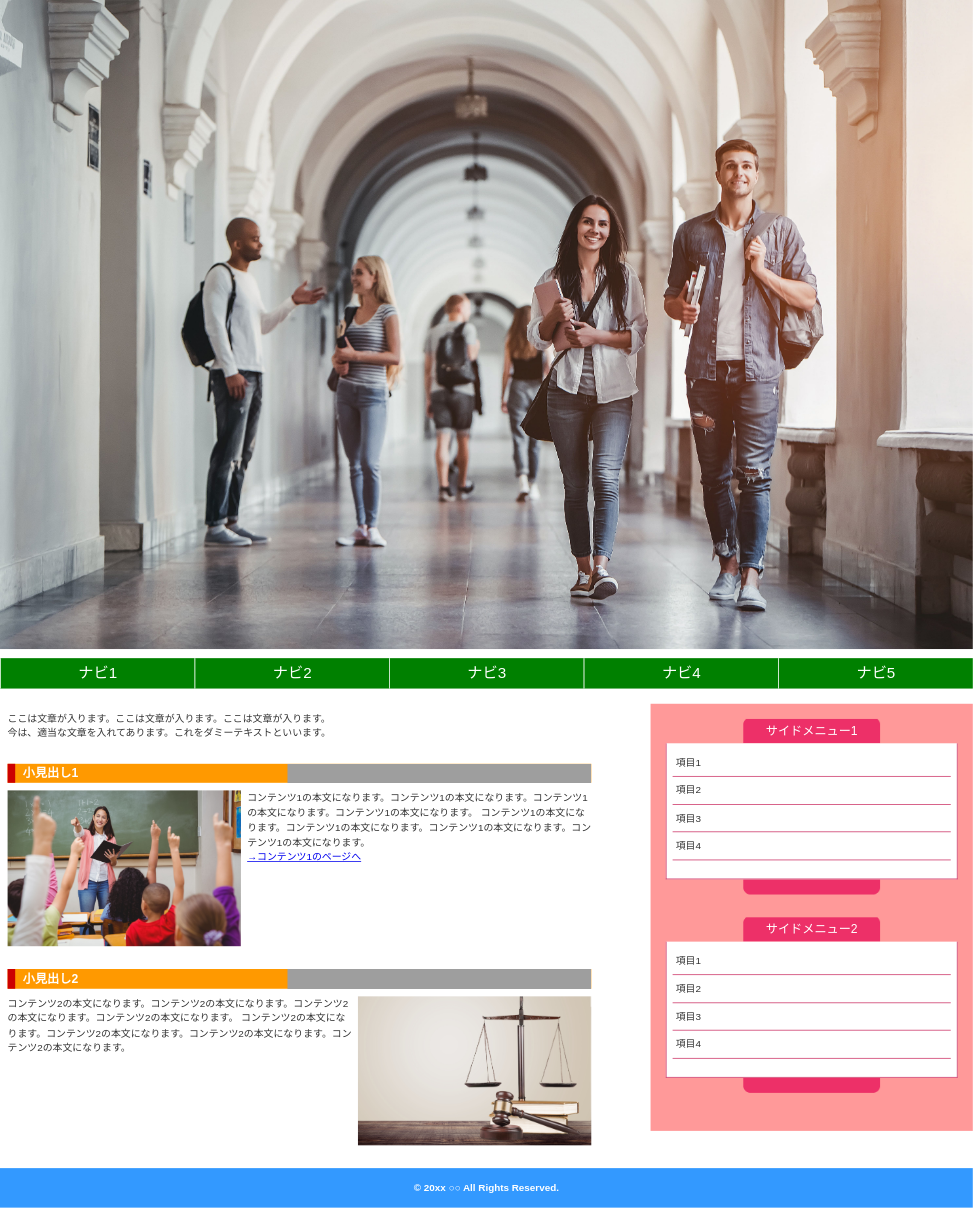
Repository: Na0Se/samurai_HTML-CSS
Page: home.html
The author's editor kept a record of every edit. The page is drawn from the files as they stood at one moment, then again after the next edit.
The browser window is 1280 px wide. The pictures show the whole page, at 76% of full size.
The pointer rests on the first visible `#side .box .boxBody ul li`.
Pictures or frames that could not be fetched are drawn as grey boxes.

Above is the page before.

### home.html
<!DOCTYPE html>
<html lang="ja">
    <head>
        <meta charset="UTF-8">
        <title>HTML/CSSの学習</title>
        <link rel="stylesheet" href="stylesheet.css">
    </head>
    <body>
        <div id="header">
            <h1><a href="index.html"><img id="corridor" src="images/corridor.jpg" alt="大学の廊下" /></a></h1>
        </div>
        <div id="wrapper">
            <div id="nav">
                <ul>
                    <li><a href="home.html">ナビ1</a></li>
                    <li><a href="#">ナビ2</a></li>
                    <li><a href="#">ナビ3</a></li>
                    <li><a href="#">ナビ4</a></li>
                    <li><a href="#">ナビ5</a></li>
                </ul>
            </div>
            <div id="container">
                <div id="main">
                    <div class="post">
                        <p>ここは文章が入ります。ここは文章が入ります。ここは文章が入ります。<br />今は、適当な文章を入れてあります。これをダミーテキストといいます。</p>
                    </div>
                    <div class="post clearfix">
                        <h2>小見出し1</h2>
                        <img class="left" src="images/classroom.jpg" alt="授業風景" />
                        <p>
                            コンテンツ1の本文になります。コンテンツ1の本文になります。コンテンツ1の本文になります。コンテンツ1の本文になります。
                            コンテンツ1の本文になります。コンテンツ1の本文になります。コンテンツ1の本文になります。コンテンツ1の本文になります。
                        </p>
                        <p><a href="#">→コンテンツ1のページへ</a></p>
                    </div>
                    <div class="post clearfix">
                        <h2>小見出し2</h2>
                        <img class="right" src="images/scale.jpg" alt="天秤" />
                        <p>
                            コンテンツ2の本文になります。コンテンツ2の本文になります。コンテンツ2の本文になります。コンテンツ2の本文になります。
                            コンテンツ2の本文になります。コンテンツ2の本文になります。コンテンツ2の本文になります。コンテンツ2の本文になります。
                        </p>
                    </div>
                </div>
                <div id="side">
                    <div class="box">
                        <h2>サイドメニュー1</h2>
                        <div class="boxBody">
                            <ul>
                                <li>項目1</li>
                                <li>項目2</li>
                                <li>項目3</li>
                                <li>項目4</li>
                            </ul>
                        </div>
                    </div>
                    <div class="box">
                        <h2>サイドメニュー2</h2>
                        <div class="boxBody">
                            <ul>
                                <li>項目1</li>
                                <li>項目2</li>
                                <li>項目3</li>
                                <li>項目4</li>
                            </ul>
                        </div>
                    </div>
                </div>
            </div>
        </div>
        <div id="footer">
            <p>&copy; 20xx ○○ All Rights Reserved.</p>
        </div>
    </body>
</html>

### stylesheet.css
@charset "utf-8";

body {
	margin: 0;
	padding: 0;
	font-family: "ヒラギノ角ゴ Pro W3", "Hiragino Kaku Gothic Pro", "メイリオ", Meiryo, Osaka, "ＭＳ Ｐゴシック", "MS PGothic", sans-serif;
	color: #333;
	font-size: 13px;
	line-height: 150%;
}

/* -------------------- wrapper -------------------- */
#wrapper {
    width: 100%;
    margin: auto;
    padding: 0px;
    border: 0px;
    background-color: #FFF;
    top: 10px;
    position: relative;
}

/* -------------------- header -------------------- */
#header {
	width: 100%;
}
#header h1 {
	margin: 0;
	padding: 0;
}

#corridor {
	width: 100%;
	height: auto;
}

/* -------------------- footer -------------------- */
#footer {
	clear: both;
	width: 100%;
	padding: 3px 0 3px 0;
	background: #39F;
	color: #FFF;
	font-weight: bold;
	text-align: center;
}

/* -------------------- nav -------------------- */
#nav {
	width: 100%;
}
#nav ul {
	margin: 0;
	padding: 0;
	list-style-type: none;
}
#nav ul li {
	float: left;
	width: 20%;
	text-align: center;
}
#nav ul li a {
	display: block;
	height: 20px;
	margin: 0;
	padding: 10px;
	color: #FFF;
	font-size: 20px;
	text-decoration: none;
	background-color: green;
    border-left: 1px solid white;
}

 #nav ul li a:hover {
	 filter: drop-shadow(10px 10px 10px black);
 }

/* -------------------- container -------------------- */
#container {
	width: 100%;
	margin: auto ;
	padding-top: 20px;
	clear: both;
}
/* -------------------- main -------------------- */
#main {
	float: left;
	width: 60%;
	padding: 10px 30px 10px 10px;
}
#main h2 {
	margin: 0 0 10px 0;
	padding: 3px 10px 3px 10px;
	color: #FFF;
	font-size: 16px;
	border-left: solid 10px #C00;
	background: #F90 url(../images/main_h2.jpg) right top repeat-y;
}
#main p {
	margin: 0;
	padding: 0;
}
#main .post {
	margin: 0 0 30px 0;
}

#main .post img.right {
	margin: 0 0 0 8px;
}
#main .post img.left {
	margin: 0 8px 0 0;
}

.right {
	float: right;
	width: 40%;
	height: auto;
}
.left {
	float: left;
	width: 40%;
	height: auto;
}

/* -------------------- clearfix -------------------- */
.clearfix {
	zoom: 1;
}
.clearfix:after{
	content: "";
	display: block;
	clear: both;
}

/* -------------------- side -------------------- */
#side {
	float: right;
	width: 30%;
	padding: 20px;
	background-color: #F99;
}
#side .box {
	margin: 0 auto 30px auto;
	padding: 0 0 20px 0;
	background: url(images/side_box.png) bottom no-repeat;
}
#side .box h2 {
	margin: 0;
	padding: 8px;
	text-align: center;
	color: #fff;
	font-size: 16px;
	line-height: 16px;
	font-weight: normal;
	background: url(images/side_box_h2.png) center no-repeat;
}
#side .box .boxBody {
	padding: 8px;
	border-right: solid 1px #C36;
	border-bottom: solid 1px #C36;
	border-left: solid 1px #C36;
	background: #fff;
}
#side .box .boxBody ul {
	margin: 0 0 16px 0;
	padding: 0;
}
#side .box .boxBody ul li {
	padding: 8px 0 8px 4px;
	list-style: none;
	border-bottom: solid 1px #C36;
}

 #side .box .boxBody ul li:hover {
+	 padding: 8px 0 8px 4px;
+	 list-style: none;
+	 border-bottom: solid 1px #C36;
+	 box-shadow: 0px 4px 4px rgba(0, 0, 0, 0.3);
+ }

After the next edit:
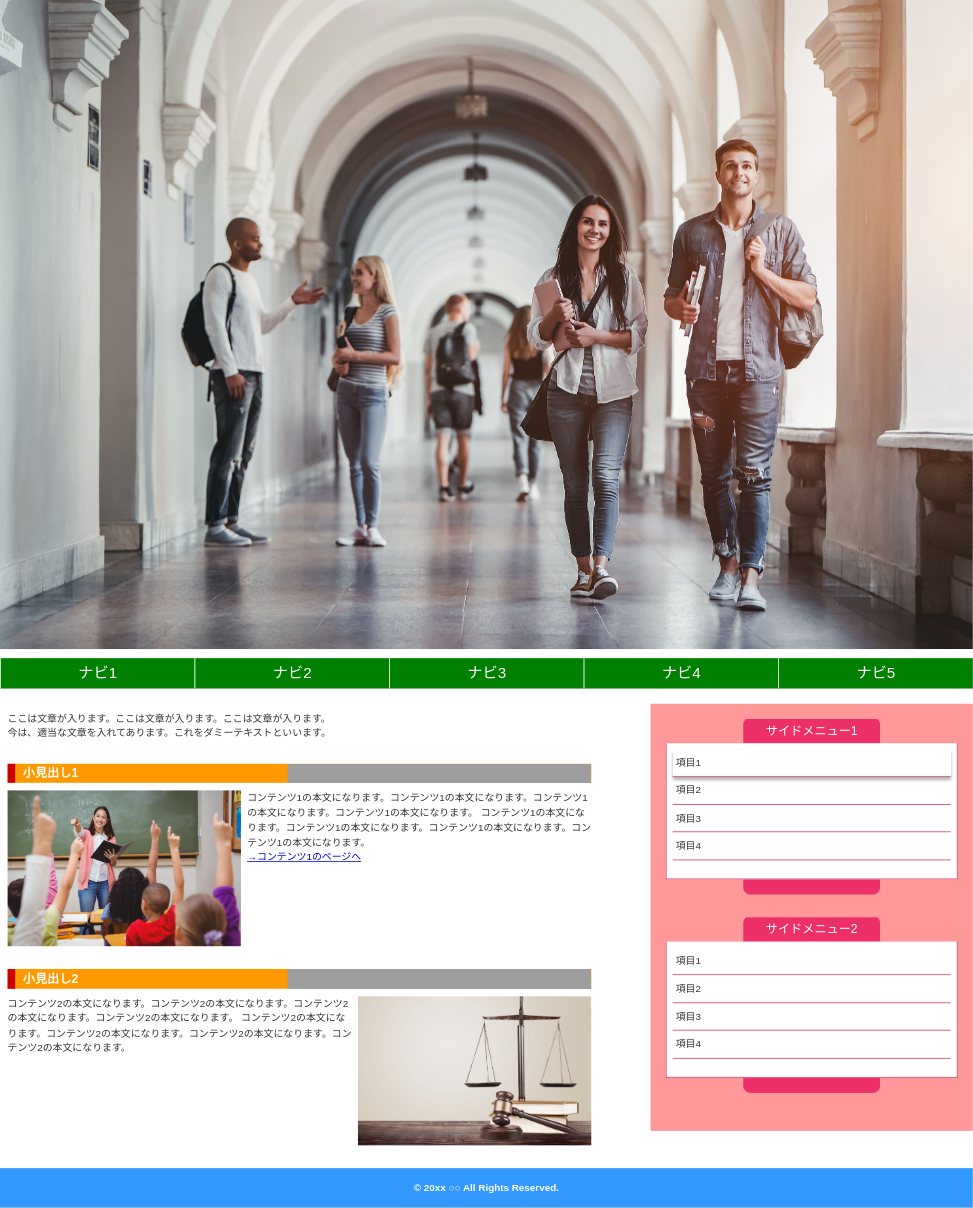
The edit:
--- a/stylesheet.css
+++ b/stylesheet.css
@@ -172,8 +172,8 @@
 }
 
  #side .box .boxBody ul li:hover {
-+	 padding: 8px 0 8px 4px;
-+	 list-style: none;
-+	 border-bottom: solid 1px #C36;
-+	 box-shadow: 0px 4px 4px rgba(0, 0, 0, 0.3);
-+ }
+	 padding: 8px 0 8px 4px;
+	 list-style: none;
+	 border-bottom: solid 1px #C36;
+	 box-shadow: 0px 4px 4px rgba(0, 0, 0, 0.3);
+ }
